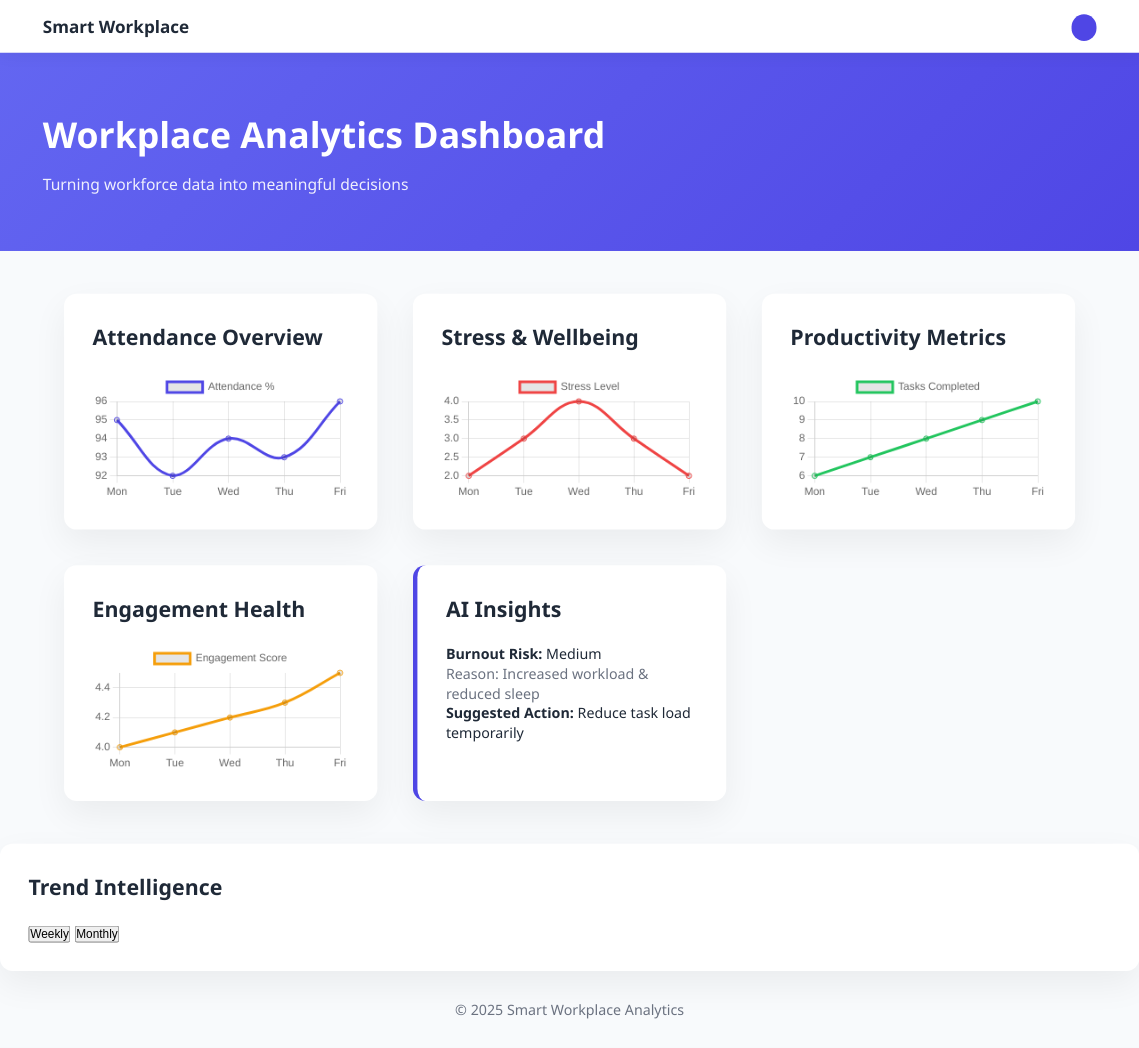
Repository: PratapOP/smart-workplace-analytics
Page: index.html
These files come from the project's save history. The page is drawn as it stood at one moment and after the next save; the edit follows.
The browser window is 1280 px wide. The pictures show the whole page, at 89% of full size.

Above is the page before, as saved 2025-12-29 22:45:55.
Console error: ReferenceError: currentUser is not defined

### index.html
    <!DOCTYPE html>
    <html lang="en">
    <head>
    <meta charset="UTF-8" />
    <title>Smart Workplace Analytics</title>
    <link rel="stylesheet" href="css/style.css" />
    <script src="https://cdn.jsdelivr.net/npm/chart.js"></script>

    <script defer src="js/auth.js"></script>
    <script defer src="js/dashboard.js"></script>
    <script defer src="js/charts.js"></script>
    <script defer src="js/ai.js"></script>
    </head>

    <body>

    <!-- NAVBAR -->
    <header class="navbar">
    <div class="logo">Smart Workplace</div>
    <nav>
        <span id="userRoleBadge"></span>
    </nav>
    </header>

    <!-- HERO -->
    <section class="hero">
    <h1>Workplace Analytics Dashboard</h1>
    <p>Turning workforce data into meaningful decisions</p>
    </section>

    <!-- DASHBOARD -->
    <main class="dashboard">

    <!-- ATTENDANCE -->
    <section class="card" data-role="HR MANAGER EMPLOYEE">
        <h2>Attendance Overview</h2>
        <canvas id="attendanceChart"></canvas>
    </section>

    <!-- STRESS -->
    <section class="card" data-role="HR MANAGER EMPLOYEE">
        <h2>Stress & Wellbeing</h2>
        <canvas id="stressChart"></canvas>
    </section>

    <!-- PRODUCTIVITY -->
    <section class="card" data-role="HR MANAGER">
        <h2>Productivity Metrics</h2>
        <canvas id="productivityChart"></canvas>
    </section>

    <!-- ENGAGEMENT -->
    <section class="card" data-role="HR MANAGER">
        <h2>Engagement Health</h2>
        <canvas id="engagementChart"></canvas>
    </section>

    <!-- AI SUGGESTIONS -->
    <section class="card ai-card" data-role="HR MANAGER EMPLOYEE">
        <h2>AI Insights</h2>
        <div id="aiSuggestions">
        <p class="muted">AI suggestions will appear here.</p>
        </div>
    </section>

    </main>

    <!-- TREND INTELLIGENCE -->
    <section class="card trend-card" data-role="HR MANAGER">
    <div class="trend-header">
        <h2>Trend Intelligence</h2>
        <div class="trend-toggle">
        <button class="trend-btn active" data-period="weekly">Weekly</button>
        <button class="trend-btn" data-period="monthly">Monthly</button>
        </div>
    </div>

    <div id="trendInsights" class="trend-insights"></div>
    </section>

    <!-- CONSENT MODAL -->
    <div id="consentOverlay" class="consent-overlay hidden">
    <div class="consent-modal">
        <h2>Privacy & Data Consent</h2>

        <p>
        To provide meaningful workplace insights, this platform processes
        attendance, productivity, engagement, and wellbeing-related data.
        </p>

        <ul>
        <li>Stress and wellbeing data is <strong>never visible individually</strong> to HR or managers</li>
        <li>Only <strong>aggregated insights</strong> are used for organizational decisions</li>
        <li>AI suggestions are <strong>advisory only</strong>, not evaluative</li>
        <li>You may withdraw consent at any time</li>
        </ul>

        <div class="consent-actions">
        <button id="declineConsent" class="btn secondary">Decline</button>
        <button id="acceptConsent" class="btn primary">I Agree</button>
        </div>
    </div>
    </div>


    <footer>
    <p>© 2025 Smart Workplace Analytics</p>
    </footer>

    </body>
    </html>

### css/style.css
    :root {
    --primary: #1f2937;
    --secondary: #4f46e5;
    --background: #f8fafc;
    --card-bg: #ffffff;
    --text-muted: #6b7280;
    }

    * {
    margin: 0;
    padding: 0;
    box-sizing: border-box;
    }

    html {
    scroll-behavior: smooth;
    }

    body {
    font-family: "Segoe UI", sans-serif;
    background: var(--background);
    color: var(--primary);
    }

    /* NAVBAR */
    .navbar {
    position: sticky;
    top: 0;
    background: white;
    padding: 1rem 3rem;
    display: flex;
    justify-content: space-between;
    align-items: center;
    box-shadow: 0 2px 20px rgba(0,0,0,0.06);
    z-index: 10;
    }

    .logo {
    font-weight: 600;
    font-size: 1.2rem;
    }

    #userRoleBadge {
    background: var(--secondary);
    color: white;
    padding: 6px 14px;
    border-radius: 20px;
    font-size: 0.8rem;
    }

    /* HERO */
    .hero {
    padding: 4rem 3rem;
    background: linear-gradient(135deg, #6366f1, #4f46e5);
    color: white;
    }

    .hero h1 {
    font-size: 2.5rem;
    }

    .hero p {
    margin-top: 1rem;
    font-size: 1.1rem;
    opacity: 0.9;
    }

    /* DASHBOARD */
    .dashboard {
    max-width: 1200px;
    margin: 3rem auto;
    padding: 0 2rem;
    display: grid;
    grid-template-columns: repeat(auto-fit, minmax(320px, 1fr));
    gap: 2.5rem;
    }

    /* CARD */
    .card {
    background: var(--card-bg);
    border-radius: 14px;
    padding: 2rem;
    box-shadow: 0 15px 40px rgba(0,0,0,0.06);
    transition: transform 0.3s ease, box-shadow 0.3s ease;
    }

    .card:hover {
    transform: translateY(-4px);
    box-shadow: 0 20px 45px rgba(0,0,0,0.08);
    }

    .card h2 {
    margin-bottom: 1.5rem;
    }

    /* AI CARD */
    .ai-card {
    border-left: 5px solid var(--secondary);
    }

    .muted {
    color: var(--text-muted);
    }

    /* FOOTER */
    footer {
    text-align: center;
    padding: 2rem;
    color: var(--text-muted);
    }
    /* CONSENT MODAL */
    .consent-overlay {
    position: fixed;
    top: 0;
    left: 0;
    height: 100vh;
    width: 100vw;
    background: rgba(15, 23, 42, 0.75);
    display: flex;
    align-items: center;
    justify-content: center;
    z-index: 1000;
    }

    .consent-modal {
    background: white;
    padding: 2.5rem;
    border-radius: 16px;
    max-width: 520px;
    width: 90%;
    box-shadow: 0 30px 80px rgba(0,0,0,0.25);
    }

    .consent-modal h2 {
    margin-bottom: 1rem;
    }

    .consent-modal p {
    margin-bottom: 1rem;
    color: #374151;
    }

    .consent-modal ul {
    margin: 1rem 0 2rem;
    padding-left: 1.2rem;
    color: #4b5563;
    }

    .consent-modal li {
    margin-bottom: 0.6rem;
    }

    .consent-actions {
    display: flex;
    justify-content: flex-end;
    gap: 1rem;
    }

    .btn {
    padding: 0.6rem 1.4rem;
    border-radius: 8px;
    font-size: 0.9rem;
    cursor: pointer;
    border: none;
    }

    .btn.primary {
    background: var(--secondary);
    color: white;
    }

    .btn.secondary {
    background: #e5e7eb;
    color: #111827;
    }

    .hidden {
    display: none;
    }

    /* ALERT SYSTEM */
    .alert-card {
    border-left: 6px solid #2563eb;
    }

    .alert {
    padding: 1rem 1.2rem;
    border-radius: 10px;
    margin-bottom: 1rem;
    font-size: 0.9rem;
    }

    .alert.info {
    background: #eff6ff;
    border-left: 5px solid #3b82f6;
    }

    .alert.warning {
    background: #fff7ed;
    border-left: 5px solid #f59e0b;
    }

    .alert.critical {
    background: #fef2f2;
    border-left: 5px solid #ef4444;
    }

    .alert-title {
    font-weight: 600;
    margin-bottom: 0.4rem;
    }

    .alert-description {
    color: #374151;
    }

    .alert-meta {
    margin-top: 0.5rem;
    font-size: 0.75rem;
    color: #6b7280;
    }

### js/dashboard.js
    document.addEventListener("DOMContentLoaded", () => {
    const role = currentUser.role;
    const cards = document.querySelectorAll(".card");

    cards.forEach(card => {
        const allowedRoles = card.dataset.role.split(" ");
        if (!allowedRoles.includes(role)) {
        card.style.display = "none";
        }
    });
    });

### js/charts.js
    const createLineChart = (id, label, data, color) => {
    new Chart(document.getElementById(id), {
        type: "line",
        data: {
        labels: ["Mon", "Tue", "Wed", "Thu", "Fri"],
        datasets: [{
            label,
            data,
            borderColor: color,
            tension: 0.4
        }]
        },
        options: {
        responsive: true,
        plugins: { legend: { display: true } }
        }
    });
    };

    createLineChart("attendanceChart", "Attendance %", [95, 92, 94, 93, 96], "#4f46e5");
    createLineChart("stressChart", "Stress Level", [2, 3, 4, 3, 2], "#ef4444");
    createLineChart("productivityChart", "Tasks Completed", [6, 7, 8, 9, 10], "#22c55e");
    createLineChart("engagementChart", "Engagement Score", [4, 4.1, 4.2, 4.3, 4.5], "#f59e0b");

### js/ai.js
    const aiContainer = document.getElementById("aiSuggestions");

    if (aiContainer) {
    aiContainer.innerHTML = `
        <p><strong>Burnout Risk:</strong> Medium</p>
        <p class="muted">Reason: Increased workload & reduced sleep</p>
        <p><strong>Suggested Action:</strong> Reduce task load temporarily</p>
    `;
    }

Loaded but not shown: js/auth.js (no stored copy; drawn as an empty file)

After the next save:
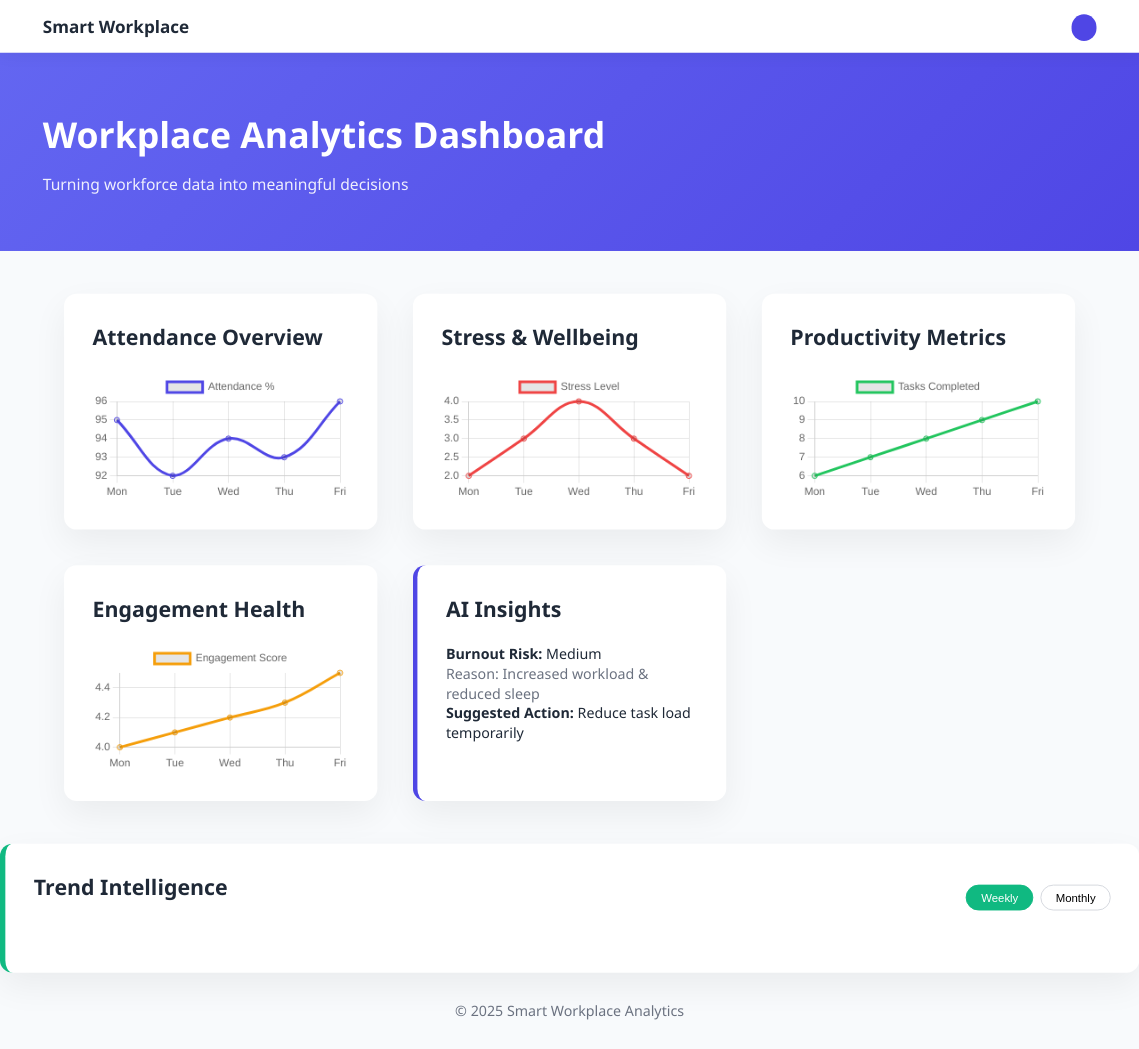
Saved 10 s later.
--- a/css/style.css
+++ b/css/style.css
@@ -219,3 +219,70 @@
     font-size: 0.75rem;
     color: #6b7280;
     }
+/* TREND INTELLIGENCE */
+.trend-card {
+  border-left: 6px solid #10b981;
+}
+
+.trend-header {
+  display: flex;
+  justify-content: space-between;
+  align-items: center;
+  margin-bottom: 1.5rem;
+}
+
+.trend-toggle {
+  display: flex;
+  gap: 0.5rem;
+}
+
+.trend-btn {
+  padding: 0.4rem 1rem;
+  border-radius: 20px;
+  border: 1px solid #d1d5db;
+  background: white;
+  font-size: 0.8rem;
+  cursor: pointer;
+  transition: background 0.2s ease;
+}
+
+.trend-btn.active {
+  background: #10b981;
+  color: white;
+  border-color: #10b981;
+}
+
+.trend-insights {
+  display: grid;
+  gap: 1rem;
+}
+
+.trend-item {
+  padding: 1rem 1.2rem;
+  border-radius: 10px;
+  background: #f9fafb;
+}
+
+.trend-item.positive {
+  border-left: 5px solid #22c55e;
+}
+
+.trend-item.negative {
+  border-left: 5px solid #ef4444;
+}
+
+.trend-title {
+  font-weight: 600;
+  margin-bottom: 0.3rem;
+}
+
+.trend-desc {
+  font-size: 0.9rem;
+  color: #374151;
+}
+
+.trend-meta {
+  margin-top: 0.4rem;
+  font-size: 0.75rem;
+  color: #6b7280;
+}
